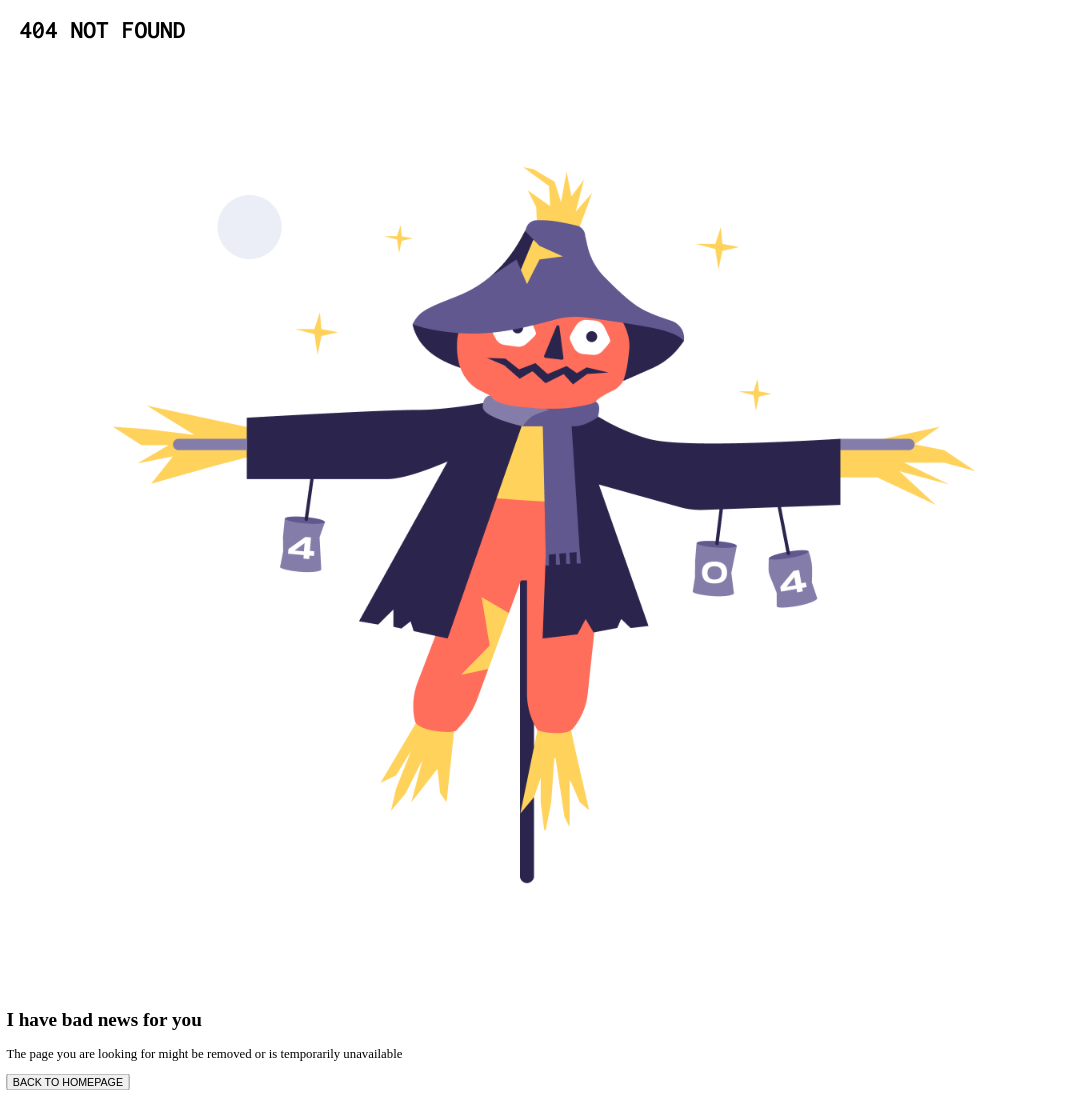
Repository: kellyalves87/404_not_found
Page: index.html
The author's editor kept a copy of each file at every save. The page is drawn from the files as they stood at one save, then again after the next save.
The browser window is 1280 px wide. The page is 1353 px wide, then 1280 px, so the pictures cover 1353 px, including what lies to the right of the window. The pictures show the whole page, at 80% of full size.

Above is the page before, as saved 2021-05-16 14:39:55.

### index.html
<!DOCTYPE html>
<html lang="en">

<head>
  <meta charset="utf-8" />
  <meta name="viewport" content="width=device-width, initial-scale=1,
  maximum-scale=5" />
  <link rel="icon" href="./assets/devchallenges.png" />
  <link rel="shortcut icon" type="image/x-icon" href="https://devchallenges.io/" />
  <link rel="preconnect" href="https://fonts.gstatic.com">
  <link href="https://fonts.googleapis.com/css2?family=Inconsolata:wght@700&family=Space+Mono:wght@400;700&display=swap"
    rel="stylesheet">
  <link rel="stylesheet" href="./style/index.css">
  <title>Devchallenges</title>
</head>

<header class="header">
  <h1>404 NOT FOUND</h1>
</header>

<body>
  <div class="content">
    <img src="./assets/Scarecrow.png" alt="straw man">
    <h2>I have bad news for you</h2>
    <p>The page you are looking for might be removed or is temporarily unavailable</p>
    <button type="button">BACK TO HOMEPAGE</button>
  </div>
</body>

</html>

### style/index.css
/* Mobile first */

.header {
    font-family: inconsolata;
    font-size: 1rem;
    margin: 1rem;
}

img {
    margin: 133px;
}

After the next save:
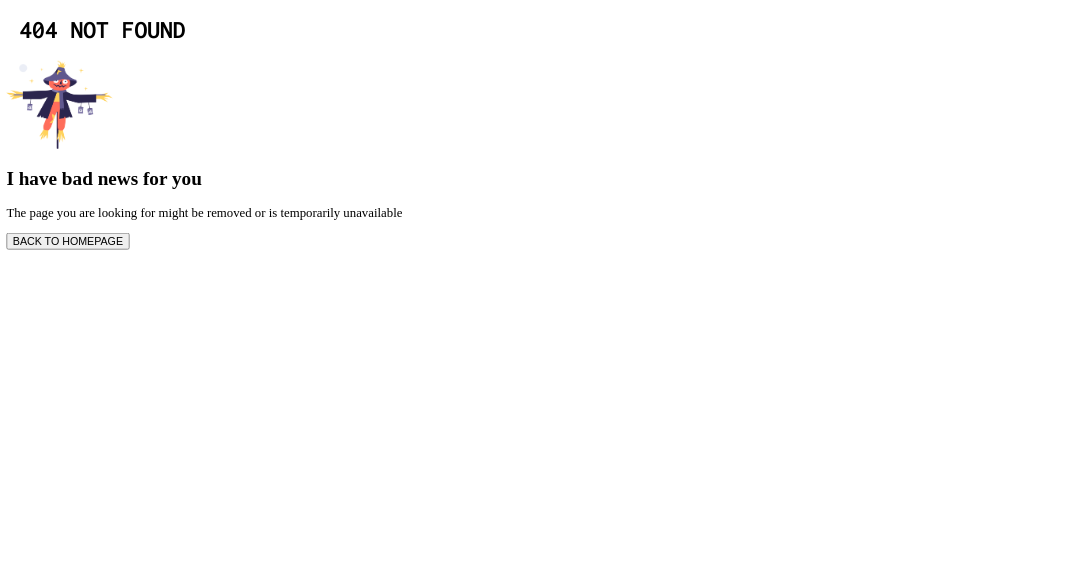
Saved 25 s later.
--- a/style/index.css
+++ b/style/index.css
@@ -7,5 +7,5 @@
 }
 
 img {
-    margin: 133px;
+    width: 133px;
 }
